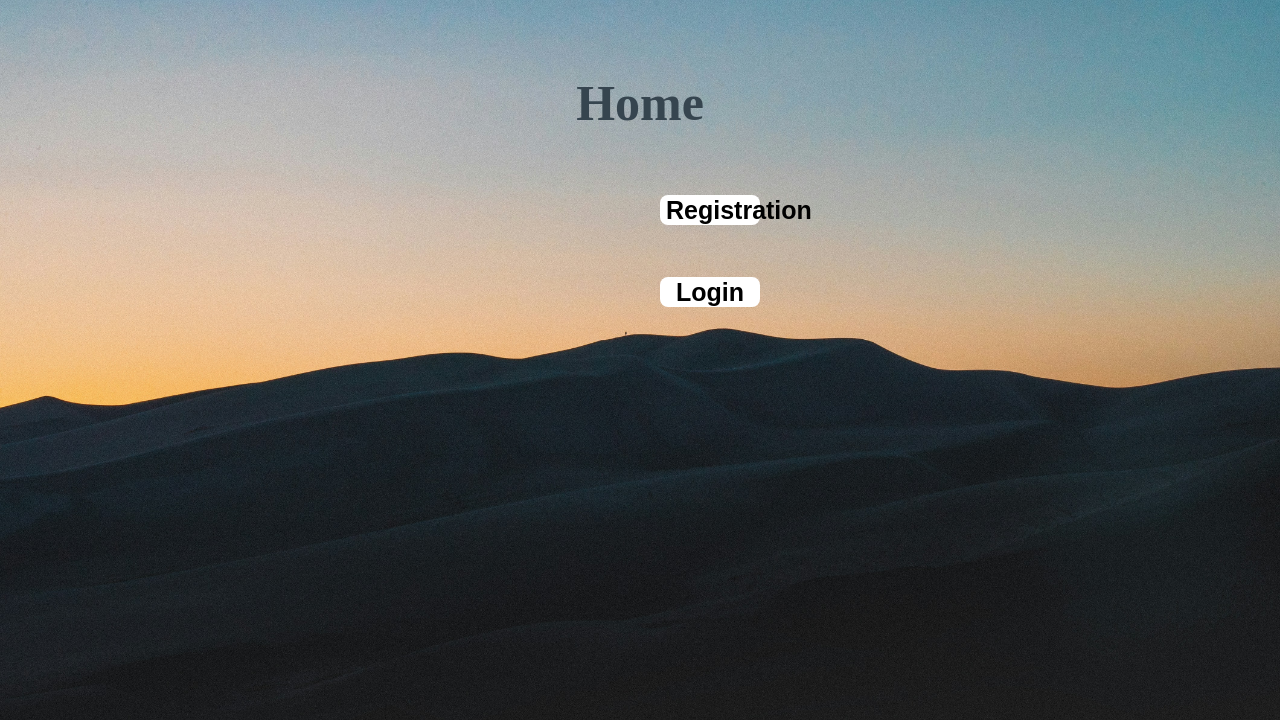
Repository: aboli-vyas/Servlet_Projects
Page: http://localhost/Sevlet_Project/
An editor plug-in stored every save of this project. The page is shown before and after the next save, followed by the edit.
The browser window is 1280 px wide. The pictures show the whole page.
The page is served by Tomcat 9. Other server files are loaded and not shown.

Above is the page before, as saved 2025-06-09 16:04:01.

### Sevlet_Project/src/main/webapp/index.html
<!DOCTYPE html>
<html>
<head>
<meta charset="UTF-8">
<title>Insert title here</title>
<link rel="stylesheet" href="style3.css">
</head>
<body>

<h1>Home</h1>
<div class="button1">
<button>Registration</button>
<br><br>
<button>Login</button>
</div>
</body>
</html>

### Sevlet_Project/src/main/webapp/style3.css
body {
    font-family: 'Segoe UI', Tahoma, Geneva, Verdana, sans-serif;
    background: linear-gradient(120deg, #f6f9fc, #e0f7fa);
    background-image: url("Images/bg3.jpg");
    background-size: cover;
    background-position: center;
    background-repeat: no-repeat;
    background-attachment: fixed;
    margin: 0;
    padding: 40px;
}
h1{
	color: 	#36454F;
	font-family: "Font Name", fallback-font, generic-family;
	font-size: 50px;
	text-align: center;
}
button{
	width:100px;
	height: 30px;
	margin-top: 30px;
	margin-left: 620px;
	background: white ;
    color: black;
    border: none;
    font-size: 25px;
    font-weight: bold;
    border-radius: 8px;
    cursor: pointer;
    transition: background 0.3s;
}

After the next save:
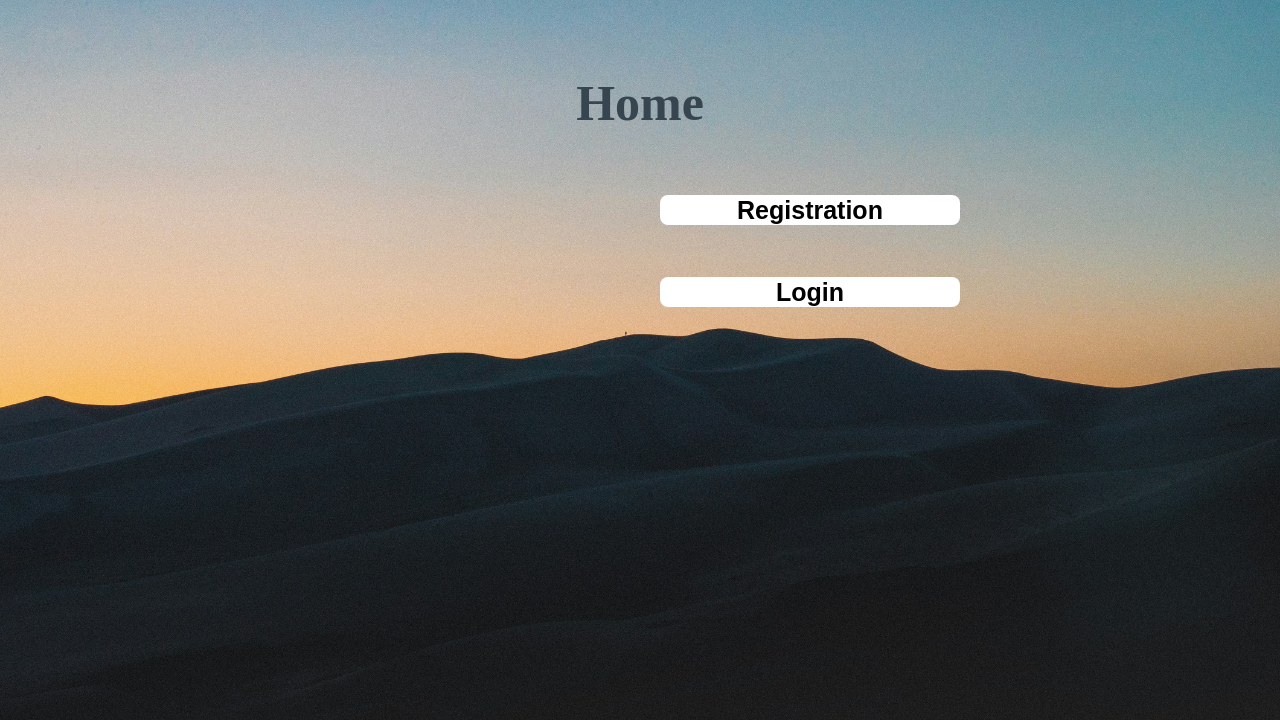
Saved 56 s later.
--- a/Sevlet_Project/src/main/webapp/style3.css
+++ b/Sevlet_Project/src/main/webapp/style3.css
@@ -16,7 +16,7 @@ h1{
 	text-align: center;
 }
 button{
-	width:100px;
+	width:300px;
 	height: 30px;
 	margin-top: 30px;
 	margin-left: 620px;
